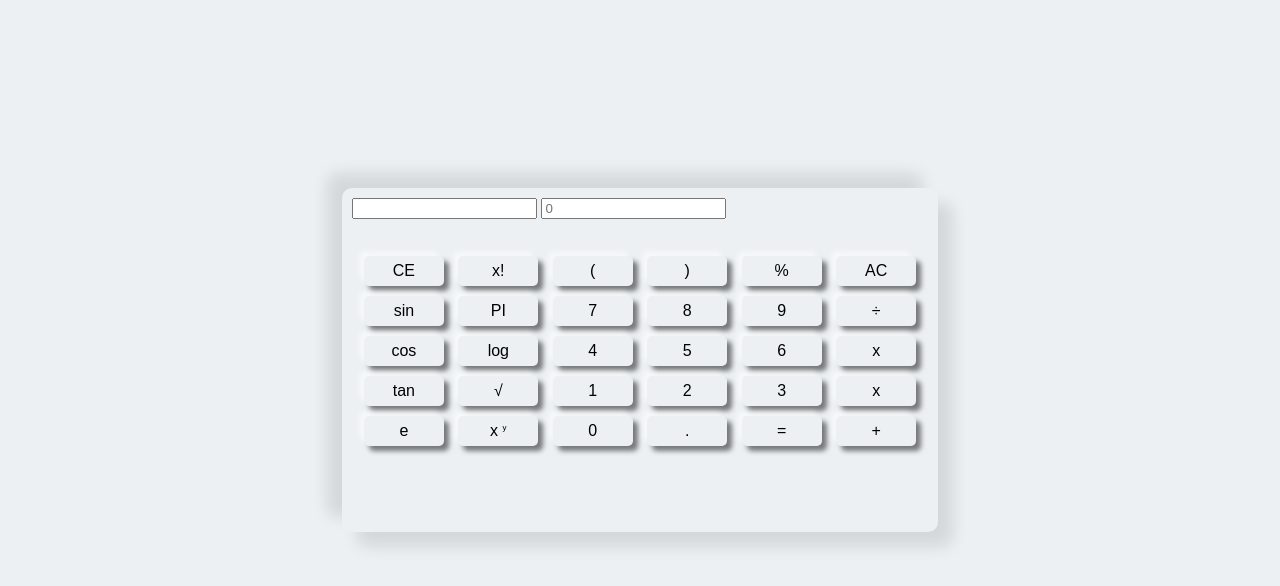
Repository: Haakim19/Scientific-Calculator
Page: intex.html
The author's editor kept a copy of each file at every save. The page is drawn from the files as they stood at one save, then again after the next save.
The browser window is 1280 px wide. The pictures show the whole page.

Above is the page before, as saved 2024-10-27 12:27:42.

After the next save:
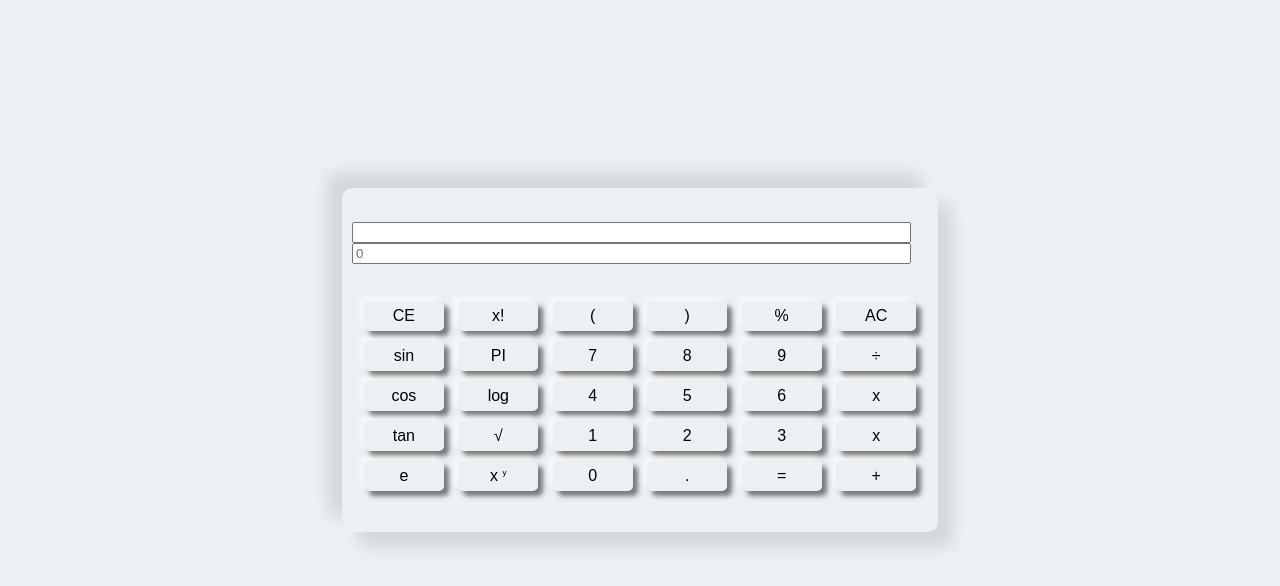
Saved 35 s later.
--- a/Style.css
+++ b/Style.css
@@ -33,7 +33,7 @@ body{
                 inset -5px -5px 5px rgba(0, 0, 0, 0.1);
 
 } */
-#screen1 #screen2{
+.display{
     width: 97%;
     /* height: 70px; */
     border: none;
